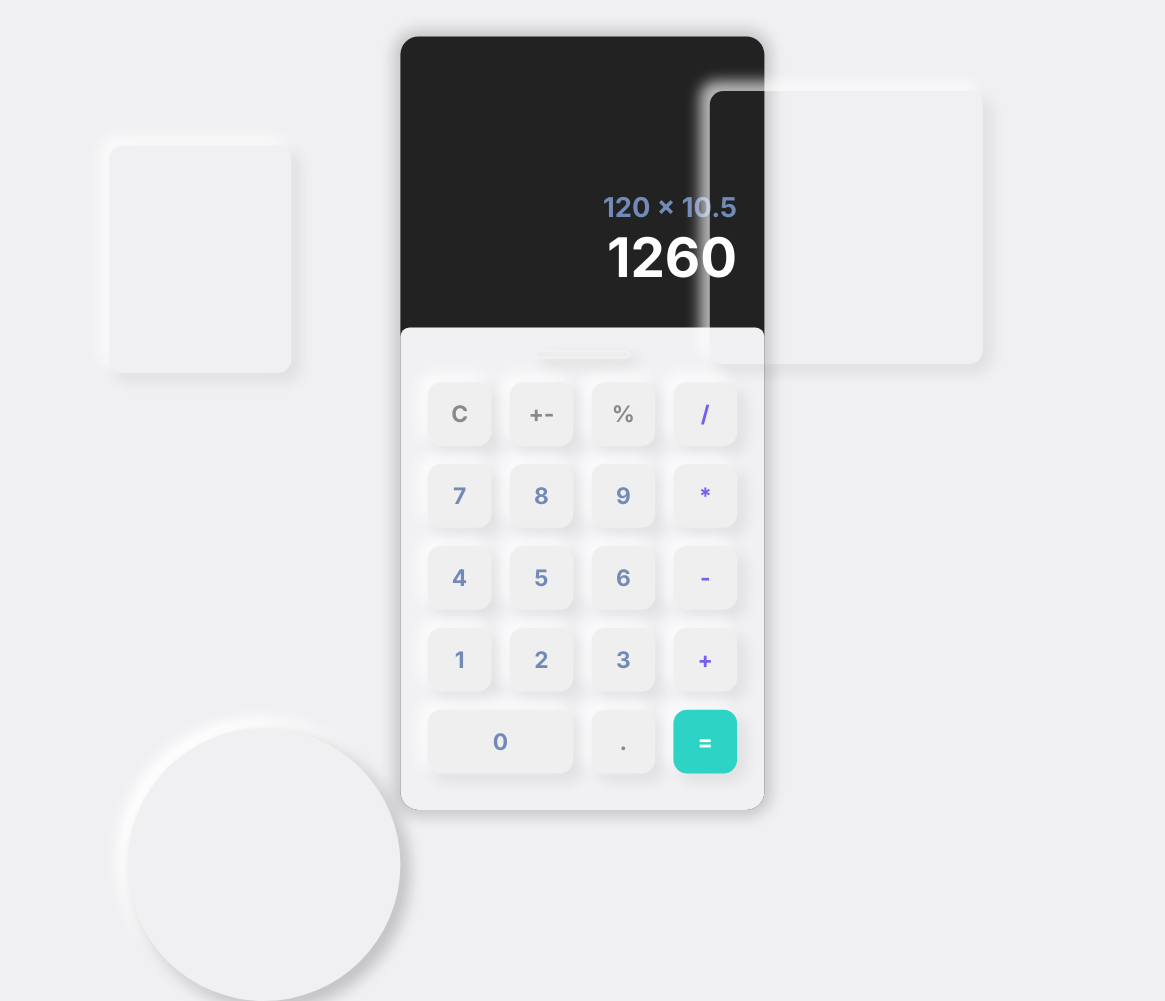
Repository: BrunoBross/calculator
Page: index.html
These files come from the project's save history. The page is drawn as it stood at one moment and after the next save; the edit follows.
The browser window is 1280 px wide. The pictures show the whole page, at 91% of full size.

Above is the page before, as saved 2021-11-30 23:53:39.

### index.html
<!DOCTYPE html>
<html lang="en">
<head>
  <meta charset="UTF-8">
  <meta http-equiv="X-UA-Compatible" content="IE=edge">
  <meta name="viewport" content="width=device-width, initial-scale=1.0">
  <title>Calculator</title>
  <link rel="stylesheet" href="./style.css">
  <link rel="preconnect" href="https://fonts.googleapis.com">
  <link rel="preconnect" href="https://fonts.gstatic.com" crossorigin>
  <link href="https://fonts.googleapis.com/css2?family=Inter:wght@400;500;700&display=swap" rel="stylesheet">
</head>
<body>
  <main>
    <div class="calculator">
      <div class="view">
        <span id="history">120 x 10.5</span>
        <span id="result">1260</span>
      </div>
      <div class="buttons">
        <div id="effect"></div>
        <button class="extra" id="reset">C</button>
        <button class="extra" id="moreless">+-</button>
        <button class="extra" id="percent">%</button>
        <button class="operator" id="division">/</button>
        <button class="number" id="seven">7</button>
        <button class="number" id="eight">8</button>
        <button class="number" id="nine">9</button>
        <button class="operator" id="multiply">*</button>
        <button class="number" id="four">4</button>
        <button class="number" id="five">5</button>
        <button class="number" id="six">6</button>
        <button class="operator" id="less">-</button>
        <button class="number" id="one">1</button>
        <button class="number" id="two">2</button>
        <button class="number" id="three">3</button>
        <button class="operator" id="plus">+</button>
        <button class="number" id="zero">0</button>
        <button class="extra" id="dot">.</button>
        <button class="equals" id="equals">=</button>
      </div>
    </div>
    <div class="small-square"></div>
    <div class="square"></div>
    <div class="small-circle"></div>
    <div class="circle"></div>
  </main>
</body>
<script src="./script.js"></script>
</html>

### style.css
*{
  padding: 0;
  margin: 0;
  font-family: 'Inter', sans-serif;
  font-weight: 700;
}

body{
  background-color: #F0F0F3;
}

main{
  display: flex;
  justify-content: center;
  margin-top: 40px;
}

.calculator{
  background-color: #232222;
  display: flex;
  flex-direction: column;
  width: 400px;
  height: 850px;
  border-radius: 20px;
  box-shadow: 0 0 15px 8px #0000002a;
}

.view{
  display: flex;
  flex-direction: column;
  align-items: flex-end;
  height: 200px;
  margin-top: 170px;
  margin-right: 30px;
}

.view > span{
  color: #FFF;
  font-size: 60px;
}

#history{
  font-size: 30px;
  color: #728AB7;
}

.buttons{
  padding-top: 60px;
  padding-bottom: 40px;
  background-color: #F1F1F4;
  display: flex;
  justify-content: center;
  flex-wrap: wrap;
  gap: 20px;
  border-radius: 10px 10px 20px 20px;
}

.buttons > button{
  box-shadow: 8px 8px 15px 3px #00000010, -8px -8px 15px 3px #ffffffb0;
  border: none;
  height: 70px;
  width: 70px;
  border-radius: 15px;
  cursor: pointer;
  transition: 0.3s;
  font-size: 25px;
}

button:hover{
  background-color: #cccccc;
}

.equals:hover{
  background-color: #28a59a;
}

#zero{
  width: 160px;
}

.number{
  color: #728AB7;
}

.operator{
  color: #745FF2;
}

.equals{
  color: white;
  background-color: #2DD3C5;
}

.extra{
  color: #898989;
}

#effect{
  background-color: rgb(236, 236, 236);
  border: 2px solid #f3f2f2;
  border-radius: 5px;
  box-shadow: 8px 8px 15px 3px #00000010;
  height: 5px;
  width: 100px;
  position: absolute;
  top: 385px;
}

.small-square{
  height: 250px;
  width: 200px;
  position: absolute;
  border-radius: 15px;
  top: 160px;
  left: 120px;
  box-shadow: 8px 8px 15px 3px #00000010, -8px -8px 15px 3px #ffffffb0;
}

.square{
  height: 300px;
  width: 300px;
  position: absolute;
  border-radius: 15px;
  top: 100px;
  right: 200px;
  box-shadow: 8px 8px 15px 3px #00000010, -8px -8px 15px 3px #ffffffb0;
}

.small-circle{

}

.circle{
  height: 300px;
  width: 300px;
  position: absolute;
  border-radius: 50%;
  top: 800px;
  left: 140px;
  box-shadow: 8px 8px 15px 3px #0000002f, -8px -8px 15px 3px #ffffff;
}

Loaded but not shown: script.js (no copy from this time; the picture is the same without it)

After the next save:
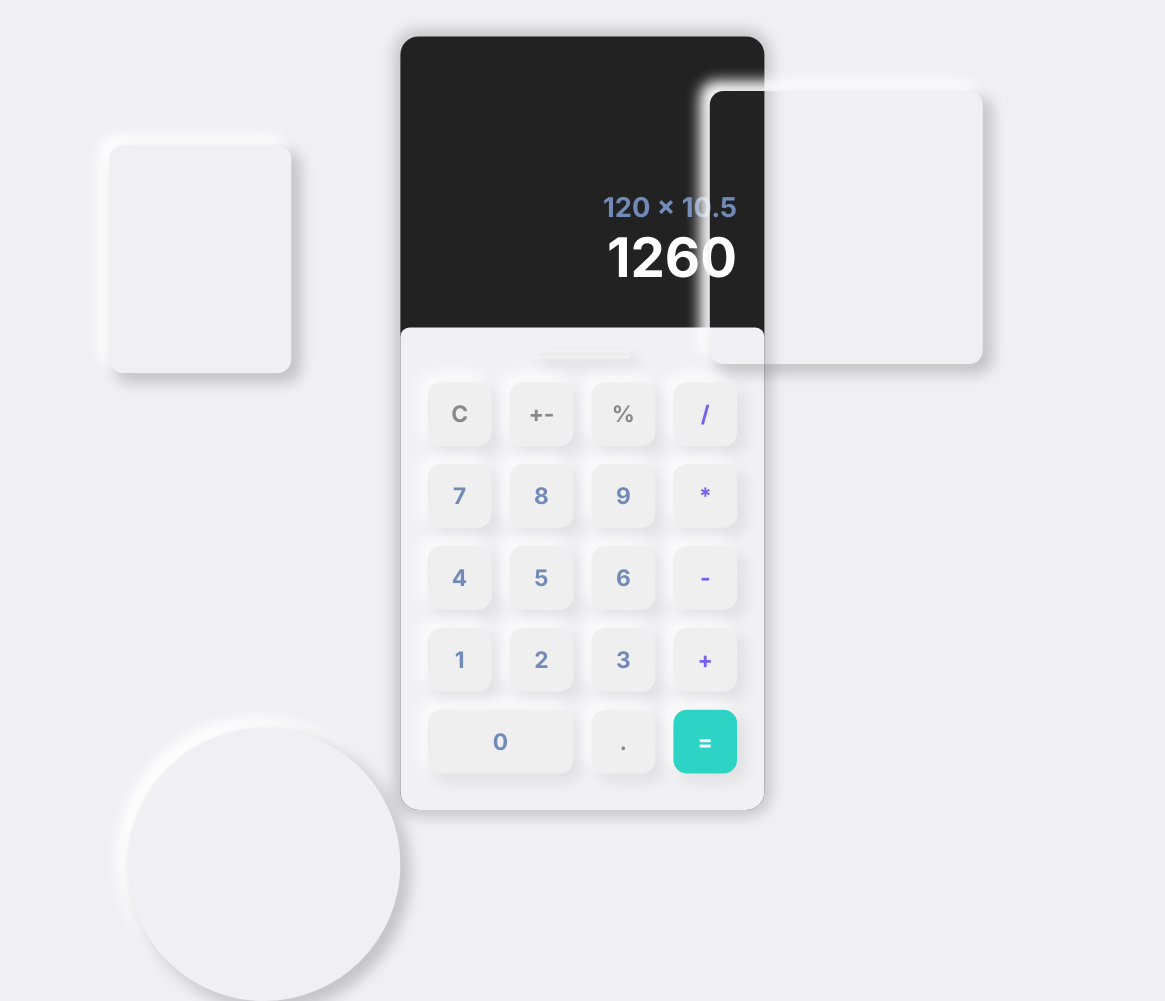
Saved 10 s later.
--- a/style.css
+++ b/style.css
@@ -113,8 +113,7 @@ button:hover{
   border-radius: 15px;
   top: 160px;
   left: 120px;
-  box-shadow: 8px 8px 15px 3px #00000010, -8px -8px 15px 3px #ffffffb0;
-}
+  box-shadow: 8px 8px 15px 3px #0000002f, -8px -8px 15px 3px #ffffff;}
 
 .square{
   height: 300px;
@@ -123,8 +122,7 @@ button:hover{
   border-radius: 15px;
   top: 100px;
   right: 200px;
-  box-shadow: 8px 8px 15px 3px #00000010, -8px -8px 15px 3px #ffffffb0;
-}
+  box-shadow: 8px 8px 15px 3px #0000002f, -8px -8px 15px 3px #ffffff;}
 
 .small-circle{
 
